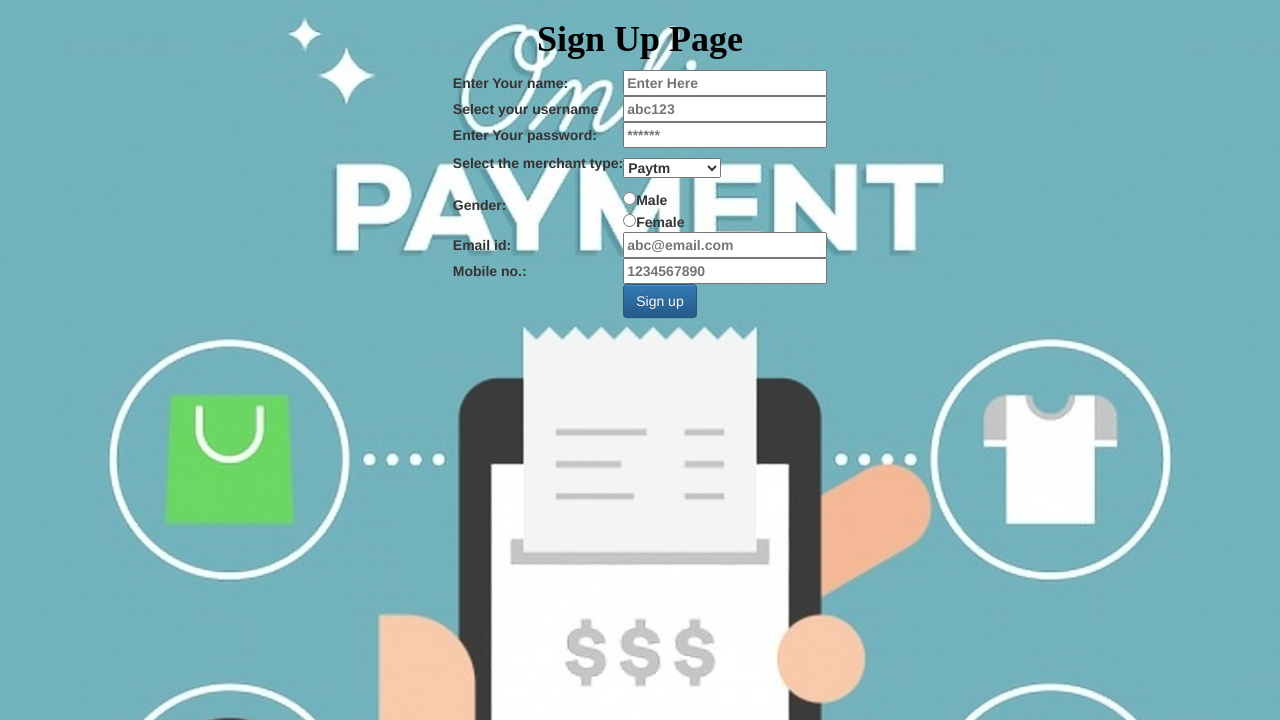
Repository: shaharyar-shamshi/crossplatform
Page: transaction/WebContent/signup.html
An editor plug-in stored every save of this project. The page is shown before and after the next save, followed by the edit.
The browser window is 1280 px wide. The pictures show the whole page.

Above is the page before, as saved 2018-02-03 17:11:37.
Console error (its wording comes from the project's code and is left out).

After the next save:
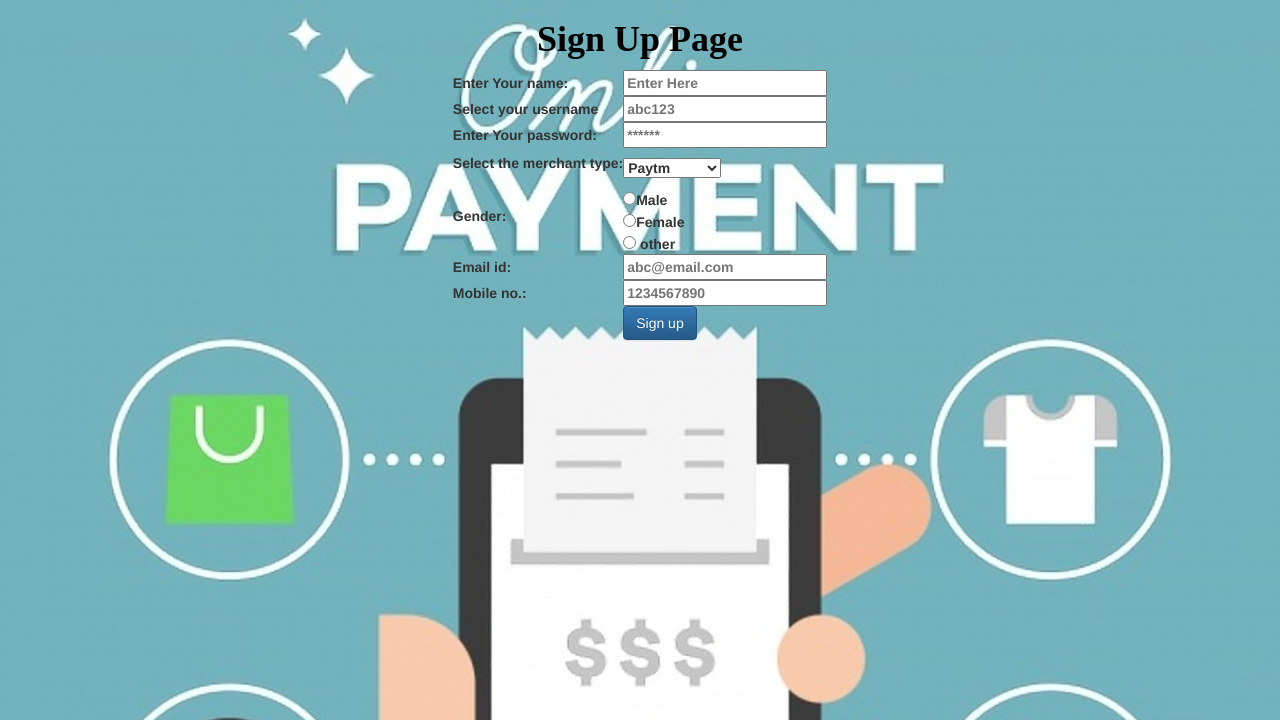
Saved 2 min 40 s later.
--- a/transaction/WebContent/signup.html
+++ b/transaction/WebContent/signup.html
@@ -72,6 +72,7 @@ Select the merchant type:
 <p> </p>
 <input type="radio" value="Male" name="gender"/>Male<br/>
 <input type="radio" value="Female" name="gender" />Female <br/>
+<input type="radio" value="other"  name="gender" /> other <br/>
 </td>
 
 </tr>
